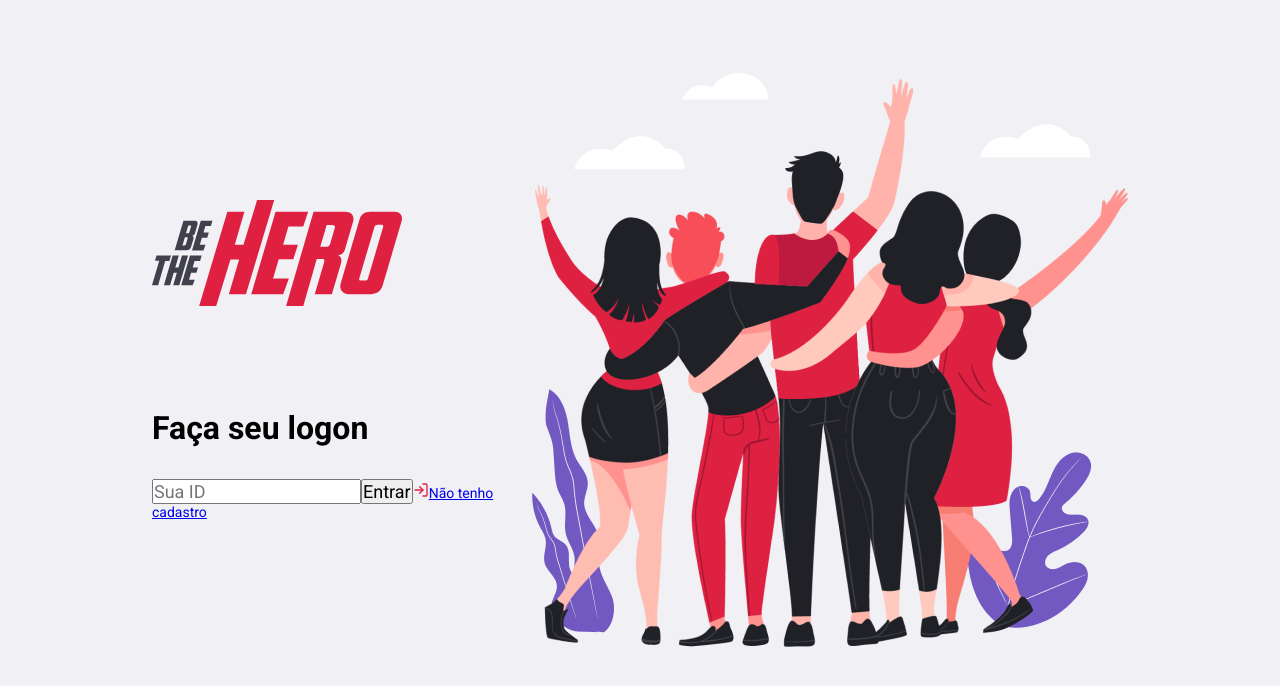
Repository: pedroevangelista/be-the-hero
Page: / (app in frontend/)
The author's editor kept a copy of each file at every save. The page is drawn from the files as they stood at one save, then again after the next save.
The browser window is 1280 px wide. The pictures show the whole page.
The project was rebuilt for these pictures with package versions that can differ from the ones it lists, and the page was loaded fresh each time.

Above is the page before, as saved 2020-03-25 12:20:15.

### frontend/src/App.js
import React from 'react';
import './global.css'
import Logon from './pages/Logon';

function App() {

  return (
    <Logon />
  );
}

export default App;

### frontend/src/global.css
@import url('https://fonts.googleapis.com/css?family=Roboto:400,500,700&display=swap');

* {
    margin: 0;
    padding: 0;
    outline: 0;
    box-sizing: border-box;
}

body {
    font: 400 14px Roboto, sans-serif;
    background: #f0f0f5;
    -webkit-font-smoothing: antialiased;
}

input, button, textarea {
    font: 400 18px Roboto, sans-serif;
}

button {
    cursor: pointer
}

### frontend/src/pages/Logon/index.js
import React from 'react';
import { FiLogIn } from 'react-icons/fi';
import './styles.css';
import logoImg from '../../assets/logo.svg';
import heroesImg from '../../assets/heroes.png';

export default function Logon() {

    return (
        <div className="logon-container">
            <section className="form">
                <img src={logoImg} alt="Be The Hero"></img>

                <form>
                    <h1>Faça seu logon</h1>

                    <input placeholder="Sua ID" />
                    <button type="submit">Entrar</button>

                    <a href="/register">
                        <FiLogIn size="16" color="#e02041" />
                        Não tenho cadastro
                    </a>
                </form>
            </section>

            <img src={heroesImg} alt="Heroes"></img>
        </div>
    );

}

### frontend/src/pages/Logon/styles.css
.logon-container {
    width: 100%;
    max-width: 1120px;
    height: 100vh;
    margin: 0 auto;
    display: flex;
    align-items: center;
    justify-content: center;
}

.logon-container section.form {
    width: 100%;
    max-width: 350px;
    margin-right: 30px;
}

.logon-container section.form form {
    margin-top: 100px;
}

.logon-container section.form form h1 {
    font-size: 32px;
    margin-bottom: 32px;
}

Loaded but not shown: frontend/public/index.html (common file); frontend/src/index.js (common file)

After the next save:
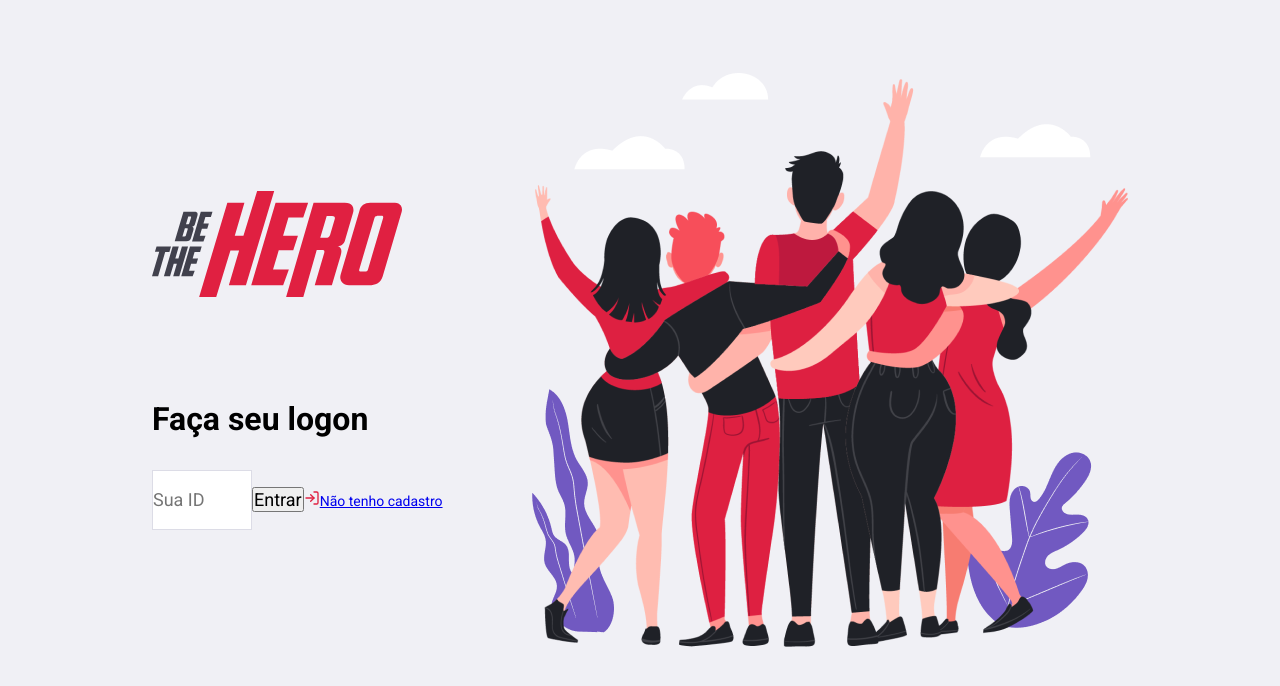
Saved 71 s later.
--- a/frontend/src/global.css
+++ b/frontend/src/global.css
@@ -20,3 +20,10 @@ input, button, textarea {
 button {
     cursor: pointer
 }
+
+form input {
+    width: 100px;
+    height: 60px;
+    color: #333;
+    border: 1px solid #dcdce6;
+}
